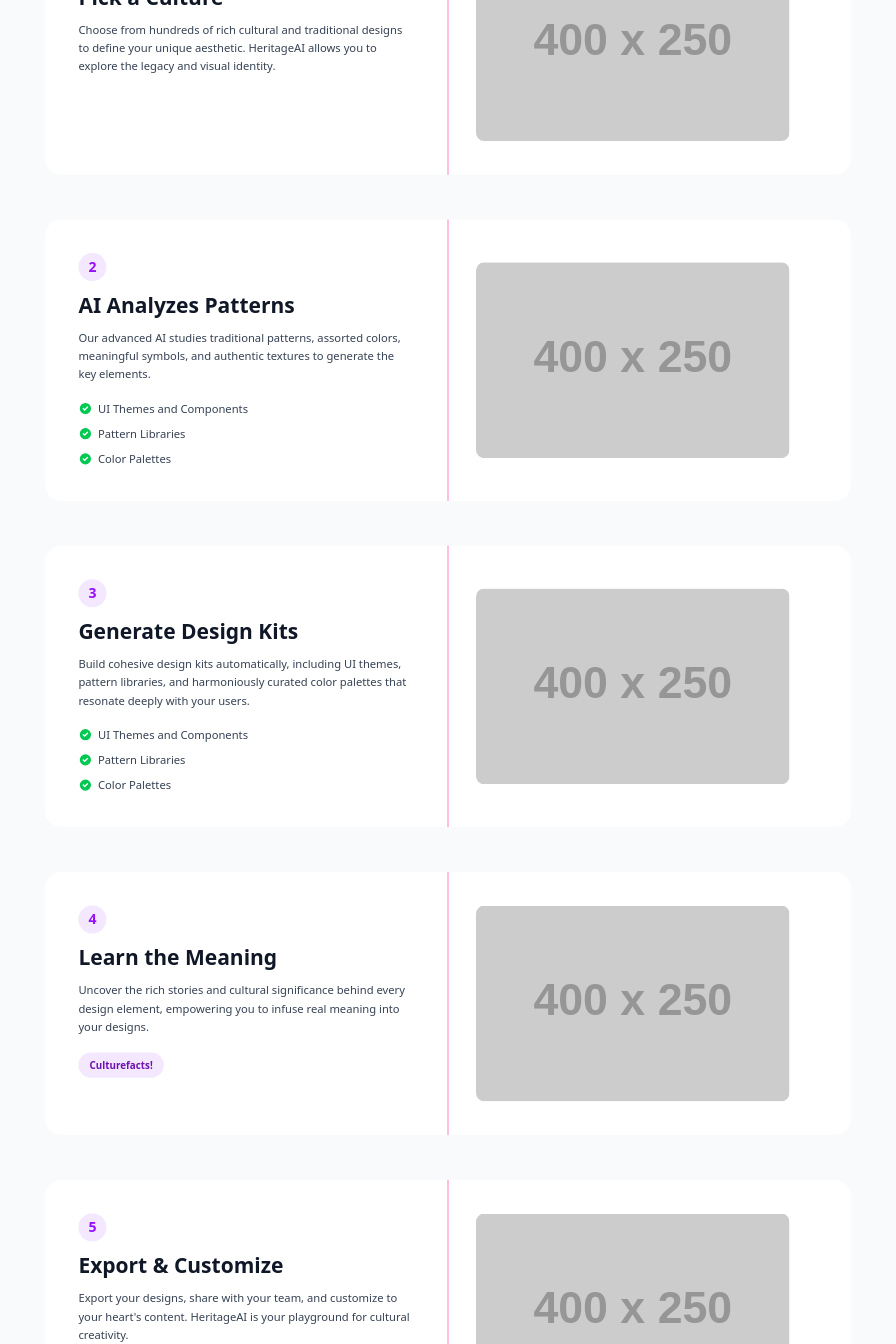
Repository: Em-driod/Heritage
Page: /
These files come from the project's save history. The page is drawn as it stood at one moment and after the next save; the edit follows.
The browser window is 1280 px wide. The pictures show the part of the page from y = 3671 to 5591 px (the page is 6173 px tall before and 5917 px after), at 70% of full size.
The project was rebuilt for these pictures with package versions that can differ from the ones it lists, and the page was loaded fresh each time. Also part of the build but not shown: vite.config.ts.

Above is the page before, as saved 2025-07-08 16:44:05.

### src/App.tsx
// src/App.tsx
import React from 'react';
import { BrowserRouter as Router, Route, Routes } from 'react-router-dom';
import Home from './pages/home';



const App: React.FC = () => {
  return (
    <Router>
      <div>


        <Routes>
          <Route path="/" element={<Home />} />


        </Routes>
      </div>
    </Router>
  );
};

export default App;

### src/pages/home.tsx
import Hero from "../components/Hero"
import Landsecont from "../components/landsecont"
import Landthird from "../components/landthird"
import Landfourth from "../components/landfourth"
import Landfifth from "../components/landfifth"

const Home = () => {
  return (
    <div>
      <Hero />
      <Landsecont />
      <Landthird />
     <Landfourth />
     <Landfifth />
    </div>
  )
}

export default Home

### src/components/landthird.tsx


const Landthird = () => {
  return (
    <div className="flex justify-center items-center py-20 px-4 sm:px-6 lg:px-8 bg-white">
      <div className="flex flex-col lg:flex-row items-center justify-center gap-8 w-full max-w-6xl">

        {/* Card 1: 2 minutes search */}
        <div className="flex-1 bg-white border border-orange-300 rounded-xl shadow-lg p-6 text-center h-48 flex flex-col justify-center transition-transform duration-300 hover:scale-105">
          <p className="text-3xl font-bold text-red-500 mb-2">
            2 minutes search
            <br />
            with <span className="bg-yellow-300 px-1 rounded-md">HeritageAI</span>
          </p>
          <p className="text-sm text-gray-600">
            Vs. Traditional research today
          </p>
        </div>

        {/* Card 2: 85% Success */}
        <div className="flex-1 bg-white border border-orange-300 rounded-xl shadow-lg p-6 text-center h-48 flex flex-col justify-center transition-transform duration-300 hover:scale-105">
          <p className="text-3xl font-bold text-orange-500 mb-2">
            85%
            <br />
            Success
          </p>
          <p className="text-sm text-gray-600">
            vs Generic search
          </p>
        </div>

        {/* Card 3: 10x faster discoveries */}
        <div className="flex-1 bg-white border border-orange-300 rounded-xl shadow-lg p-6 text-center h-48 flex flex-col justify-center transition-transform duration-300 hover:scale-105">
          <p className="text-3xl font-bold text-blue-500 mb-2">
            10x faster
            <br />
            discoveries
          </p>
          <p className="text-sm text-gray-600">
            with <span className="bg-yellow-300 px-1 rounded-md">HeritageAI</span>
          </p>
        </div>

      </div>
    </div>
  );
};

export default Landthird;

### src/components/landfourth.tsx


const Landfourth = () => {
  return (
    <div className="bg-[#fef8f5] min-h-screen flex flex-col items-center justify-center py-20 px-4 sm:px-6 lg:px-8">
      {/* Top Section: What HeritageAI Gives You */}
      <div className="text-center mb-16">
        <div className="inline-flex items-center bg-white rounded-full py-2 px-4 shadow-sm mb-6">
          <img
            src="/path-to-heritageai-icon.png" // Placeholder, replace with your actual icon path
            alt="HeritageAI Icon"
            className="w-6 h-6 mr-2"
          />
          <span className="text-sm font-semibold text-gray-800">What HeritageAI Gives You</span>
        </div>
        <h1 className="text-5xl sm:text-6xl font-bold text-gray-900 leading-tight">
          One click.
          <br />
          Infinite heritage.
        </h1>
      </div>

      {/* Cards Section */}
      <div className="grid grid-cols-1 md:grid-cols-2 lg:grid-cols-4 gap-8 max-w-6xl w-full">

        {/* Card 1: Design kits */}
        <div className="bg-white rounded-2xl shadow-lg p-6 flex flex-col items-start text-left">
          <img
            src="/path-to-design-kits-icon.png" // Placeholder, replace with your actual icon path
            alt="Design kits icon"
            className="w-12 h-12 mb-4"
          />
          <h3 className="text-xl font-semibold text-gray-900 mb-2">Design kits</h3>
          <p className="text-gray-600 text-sm mb-4">
            Ready to use palettes, icons
            <br />
            textures
          </p>
          <div className="flex space-x-2 mt-auto">
            <div className="w-8 h-8 rounded-full bg-pink-500 border-2 border-white shadow"></div>
            <div className="w-8 h-8 rounded-full bg-cyan-500 border-2 border-white shadow"></div>
            <div className="w-8 h-8 rounded-full bg-purple-500 border-2 border-white shadow"></div>
          </div>
        </div>

        {/* Card 2: Cultural Context */}
        <div className="bg-white rounded-2xl shadow-lg p-6 flex flex-col items-start text-left">
          <img
            src="/path-to-cultural-context-icon.png" // Placeholder, replace with your actual icon path
            alt="Cultural Context icon"
            className="w-12 h-12 mb-4"
          />
          <h3 className="text-xl font-semibold text-gray-900 mb-2">Cultural Context</h3>
          <p className="text-gray-600 text-sm mb-4">
            Every visual comes with a short
            <br />
            short or symbol meaning
          </p>
          <div className="flex items-center text-gray-700 font-medium mt-auto">
            <svg className="w-5 h-5 mr-2 text-gray-500" fill="currentColor" viewBox="0 0 20 20" xmlns="http://www.w3.org/2000/svg">
              <path fillRule="evenodd" d="M4 4a2 2 0 012-2h4.586A2 2 0 0112 2.414L14.586 5A2 2 0 0115 6.414V16a2 2 0 01-2 2H6a2 2 0 01-2-2V4zm2 6a1 1 0 011-1h6a1 1 0 110 2H7a1 1 0 01-1-1zm1 3a1 1 0 100 2h6a1 1 0 100-2H7z" clipRule="evenodd"></path>
            </svg>
            Rich storytelling
          </div>
        </div>

        {/* Card 3: Export Ready */}
        <div className="bg-white rounded-2xl shadow-lg p-6 flex flex-col items-start text-left">
          <img
            src="/path-to-export-ready-icon.png" // Placeholder, replace with your actual icon path
            alt="Export Ready icon"
            className="w-12 h-12 mb-4"
          />
          <h3 className="text-xl font-semibold text-gray-900 mb-2">Export Ready</h3>
          <p className="text-gray-600 text-sm mb-4">
            Use in Figma, Canva, Webflow,
            <br />
            or even download
          </p>
          <div className="flex space-x-2 mt-auto">
            <img src="/path-to-figma-icon.png" alt="Figma icon" className="w-8 h-8" /> {/* Placeholder */}
            <img src="/path-to-canva-icon.png" alt="Canva icon" className="w-8 h-8" /> {/* Placeholder */}
            <img src="/path-to-webflow-icon.png" alt="Webflow icon" className="w-8 h-8" /> {/* Placeholder */}
          </div>
        </div>

        {/* Card 4: More Than Visuals */}
        <div className="bg-white rounded-2xl shadow-lg p-6 flex flex-col items-start text-left">
          <img
            src="/path-to-more-than-visuals-icon.png" // Placeholder, replace with your actual icon path
            alt="More Than Visuals icon"
            className="w-12 h-12 mb-4"
          />
          <h3 className="text-xl font-semibold text-gray-900 mb-2">More Than Visuals</h3>
          <p className="text-gray-600 text-sm mb-4">
            Build brand identity rooted in
            <br />
            something real.
          </p>
          <div className="flex items-center text-gray-700 font-medium mt-auto">
            <svg className="w-5 h-5 mr-2 text-gray-500" fill="currentColor" viewBox="0 0 20 20" xmlns="http://www.w3.org/2000/svg">
              <path fillRule="evenodd" d="M10 18a8 8 0 100-16 8 8 0 000 16zm3.707-9.293a1 1 0 00-1.414-1.414L9 10.586 7.707 9.293a1 1 0 00-1.414 1.414l2 2a1 1 0 001.414 0l4-4z" clipRule="evenodd"></path>
            </svg>
            Authentic foundations
          </div>
        </div>

      </div>
    </div>
  );
};

export default Landfourth;

### src/components/landfifth.tsx
import React from 'react';

const Landfifth = () => {
  return (
    <div className="bg-gray-50 py-16 px-4 sm:px-6 lg:px-8">
      {/* Header Section */}
      <div className="text-center mb-16 max-w-2xl mx-auto">
        <div className="flex items-center justify-center mb-4">
          <svg className="w-10 h-10 text-purple-600" fill="none" stroke="currentColor" viewBox="0 0 24 24" xmlns="http://www.w3.org/2000/svg">
            <path strokeLinecap="round" strokeLinejoin="round" strokeWidth="1.5" d="M19 11H5m14 0a2 2 0 012 2v6a2 2 0 01-2 2H5a2 2 0 01-2-2v-6a2 2 0 012-2m14 0V9a2 2 0 00-2-2M5 11V9a2 2 0 012-2m0 0V5a2 2 0 012-2h6a2 2 0 012 2v2M7 7h10" />
          </svg>
        </div>
        <h1 className="text-4xl sm:text-5xl font-bold text-gray-900 leading-tight">
          From Culture to Creation.
        </h1>
        <p className="mt-2 text-lg text-gray-600">
          In Seconds
        </p>
      </div>

      {/* Main Content Sections */}
      <div className="max-w-6xl mx-auto space-y-16">

        {/* Section 1: Pick a Culture */}
        <div className="flex flex-col lg:flex-row bg-white rounded-3xl p-6 sm:p-10 lg:p-12 relative"> {/* Added relative for line positioning */}
          <div className="lg:w-1/2 mb-8 lg:mb-0 text-center lg:text-left lg:pr-12">
            <span className="inline-flex items-center justify-center w-10 h-10 rounded-full bg-purple-100 text-purple-600 text-xl font-bold mb-4">
              1
            </span>
            <h2 className="text-3xl font-semibold text-gray-900 mb-4">
              Pick a Culture
            </h2>
            <p className="text-gray-700 leading-relaxed">
              Choose from hundreds of rich cultural and traditional designs to define your unique aesthetic. HeritageAI allows you to explore the legacy and visual identity.
            </p>
          </div>
          {/* Vertical Separator Line for large screens */}
          <div className="hidden lg:block absolute left-1/2 top-0 bottom-0 w-0.5 bg-pink-300 transform -translate-x-1/2"></div>
          {/* Horizontal Separator Line for small screens */}
          <div className="lg:hidden w-full h-0.5 bg-pink-300 my-8"></div>
          <div className="lg:w-1/2 flex items-center justify-center"> {/* Centering image in its half */}
            <img
              src="https://via.placeholder.com/400x250/F8F8F8/000000?text=Masks+Image" // Placeholder for Masks image
              alt="Cultural Masks"
              className="w-full h-auto rounded-xl max-w-md"
            />
          </div>
        </div>

        {/* Section 2: AI Analyzes Patterns */}
        <div className="flex flex-col lg:flex-row bg-white rounded-3xl p-6 sm:p-10 lg:p-12 relative">
          <div className="lg:w-1/2 mb-8 lg:mb-0 text-center lg:text-left lg:pr-12 order-2 lg:order-1"> {/* Order changed for reverse layout on large screens */}
            <span className="inline-flex items-center justify-center w-10 h-10 rounded-full bg-purple-100 text-purple-600 text-xl font-bold mb-4">
              2
            </span>
            <h2 className="text-3xl font-semibold text-gray-900 mb-4">
              AI Analyzes Patterns
            </h2>
            <p className="text-gray-700 leading-relaxed mb-6">
              Our advanced AI studies traditional patterns, assorted colors, meaningful symbols, and authentic textures to generate the key elements.
            </p>
            <ul className="space-y-3 text-gray-700">
              <li className="flex items-center">
                <svg className="w-5 h-5 text-green-500 mr-2" fill="currentColor" viewBox="0 0 20 20"><path fillRule="evenodd" d="M10 18a8 8 0 100-16 8 8 0 000 16zm3.707-9.293a1 1 0 00-1.414-1.414L9 10.586 7.707 9.293a1 1 0 00-1.414 1.414l2 2a1 1 0 001.414 0l4-4z" clipRule="evenodd"></path></svg>
                UI Themes and Components
              </li>
              <li className="flex items-center">
                <svg className="w-5 h-5 text-green-500 mr-2" fill="currentColor" viewBox="0 0 20 20"><path fillRule="evenodd" d="M10 18a8 8 0 100-16 8 8 0 000 16zm3.707-9.293a1 1 0 00-1.414-1.414L9 10.586 7.707 9.293a1 1 0 00-1.414 1.414l2 2a1 1 0 001.414 0l4-4z" clipRule="evenodd"></path></svg>
                Pattern Libraries
              </li>
              <li className="flex items-center">
                <svg className="w-5 h-5 text-green-500 mr-2" fill="currentColor" viewBox="0 0 20 20"><path fillRule="evenodd" d="M10 18a8 8 0 100-16 8 8 0 000 16zm3.707-9.293a1 1 0 00-1.414-1.414L9 10.586 7.707 9.293a1 1 0 00-1.414 1.414l2 2a1 1 0 001.414 0l4-4z" clipRule="evenodd"></path></svg>
                Color Palettes
              </li>
            </ul>
          </div>
          {/* Vertical Separator Line for large screens */}
          <div className="hidden lg:block absolute left-1/2 top-0 bottom-0 w-0.5 bg-pink-300 transform -translate-x-1/2"></div>
          {/* Horizontal Separator Line for small screens */}
          <div className="lg:hidden w-full h-0.5 bg-pink-300 my-8"></div>
          <div className="lg:w-1/2 flex items-center justify-center order-1 lg:order-2"> {/* Order changed for reverse layout on large screens */}
            <img
              src="https://via.placeholder.com/400x250/F8F8F8/000000?text=Analyzed+Patterns+UI" // Placeholder for Analyzed Patterns UI
              alt="Analyzed Patterns UI"
              className="w-full h-auto rounded-xl max-w-md"
            />
          </div>
        </div>

        {/* Section 3: Generate Design Kits */}
        <div className="flex flex-col lg:flex-row bg-white rounded-3xl p-6 sm:p-10 lg:p-12 relative">
          <div className="lg:w-1/2 mb-8 lg:mb-0 text-center lg:text-left lg:pr-12">
            <span className="inline-flex items-center justify-center w-10 h-10 rounded-full bg-purple-100 text-purple-600 text-xl font-bold mb-4">
              3
            </span>
            <h2 className="text-3xl font-semibold text-gray-900 mb-4">
              Generate Design Kits
            </h2>
            <p className="text-gray-700 leading-relaxed mb-6">
              Build cohesive design kits automatically, including UI themes, pattern libraries, and harmoniously curated color palettes that resonate deeply with your users.
            </p>
            <ul className="space-y-3 text-gray-700">
              <li className="flex items-center">
                <svg className="w-5 h-5 text-green-500 mr-2" fill="currentColor" viewBox="0 0 20 20"><path fillRule="evenodd" d="M10 18a8 8 0 100-16 8 8 0 000 16zm3.707-9.293a1 1 0 00-1.414-1.414L9 10.586 7.707 9.293a1 1 0 00-1.414 1.414l2 2a1 1 0 001.414 0l4-4z" clipRule="evenodd"></path></svg>
                UI Themes and Components
              </li>
              <li className="flex items-center">
                <svg className="w-5 h-5 text-green-500 mr-2" fill="currentColor" viewBox="0 0 20 20"><path fillRule="evenodd" d="M10 18a8 8 0 100-16 8 8 0 000 16zm3.707-9.293a1 1 0 00-1.414-1.414L9 10.586 7.707 9.293a1 1 0 00-1.414 1.414l2 2a1 1 0 001.414 0l4-4z" clipRule="evenodd"></path></svg>
                Pattern Libraries
              </li>
              <li className="flex items-center">
                <svg className="w-5 h-5 text-green-500 mr-2" fill="currentColor" viewBox="0 0 20 20"><path fillRule="evenodd" d="M10 18a8 8 0 100-16 8 8 0 000 16zm3.707-9.293a1 1 0 00-1.414-1.414L9 10.586 7.707 9.293a1 1 0 00-1.414 1.414l2 2a1 1 0 001.414 0l4-4z" clipRule="evenodd"></path></svg>
                Color Palettes
              </li>
            </ul>
          </div>
          {/* Vertical Separator Line for large screens */}
          <div className="hidden lg:block absolute left-1/2 top-0 bottom-0 w-0.5 bg-pink-300 transform -translate-x-1/2"></div>
          {/* Horizontal Separator Line for small screens */}
          <div className="lg:hidden w-full h-0.5 bg-pink-300 my-8"></div>
          <div className="lg:w-1/2 flex items-center justify-center">
            <img
              src="https://via.placeholder.com/400x250/F8F8F8/000000?text=Design+Kit+UI" // Placeholder for Design Kit UI
              alt="Design Kit UI"
              className="w-full h-auto rounded-xl max-w-md"
            />
          </div>
        </div>

        {/* Section 4: Learn the Meaning */}
        <div className="flex flex-col lg:flex-row bg-white rounded-3xl p-6 sm:p-10 lg:p-12 relative">
          <div className="lg:w-1/2 mb-8 lg:mb-0 text-center lg:text-left lg:pr-12 order-2 lg:order-1"> {/* Order changed for reverse layout on large screens */}
            <span className="inline-flex items-center justify-center w-10 h-10 rounded-full bg-purple-100 text-purple-600 text-xl font-bold mb-4">
              4
            </span>
            <h2 className="text-3xl font-semibold text-gray-900 mb-4">
              Learn the Meaning
            </h2>
            <p className="text-gray-700 leading-relaxed mb-6">
              Uncover the rich stories and cultural significance behind every design element, empowering you to infuse real meaning into your designs.
            </p>
            <div className="inline-block bg-purple-100 text-purple-800 px-4 py-2 rounded-full font-semibold text-sm">
              Culturefacts!
            </div>
          </div>
          {/* Vertical Separator Line for large screens */}
          <div className="hidden lg:block absolute left-1/2 top-0 bottom-0 w-0.5 bg-pink-300 transform -translate-x-1/2"></div>
          {/* Horizontal Separator Line for small screens */}
          <div className="lg:hidden w-full h-0.5 bg-pink-300 my-8"></div>
          <div className="lg:w-1/2 flex items-center justify-center order-1 lg:order-2"> {/* Order changed for reverse layout on large screens */}
            <img
              src="https://via.placeholder.com/400x250/F8F8F8/000000?text=Open+Book+Image" // Placeholder for Open Book image
              alt="Open Book with Cultural Info"
              className="w-full h-auto rounded-xl max-w-md"
            />
          </div>
        </div>

        {/* Section 5: Export & Customize */}
        <div className="flex flex-col lg:flex-row bg-white rounded-3xl p-6 sm:p-10 lg:p-12 relative">
          <div className="lg:w-1/2 mb-8 lg:mb-0 text-center lg:text-left lg:pr-12">
            <span className="inline-flex items-center justify-center w-10 h-10 rounded-full bg-purple-100 text-purple-600 text-xl font-bold mb-4">
              5
            </span>
            <h2 className="text-3xl font-semibold text-gray-900 mb-4">
              Export & Customize
            </h2>
            <p className="text-gray-700 leading-relaxed">
              Export your designs, share with your team, and customize to your heart's content. HeritageAI is your playground for cultural creativity.
            </p>
          </div>
          {/* Vertical Separator Line for large screens */}
          <div className="hidden lg:block absolute left-1/2 top-0 bottom-0 w-0.5 bg-pink-300 transform -translate-x-1/2"></div>
          {/* Horizontal Separator Line for small screens */}
          <div className="lg:hidden w-full h-0.5 bg-pink-300 my-8"></div>
          <div className="lg:w-1/2 flex items-center justify-center">
            <img
              src="https://via.placeholder.com/400x250/F8F8F8/000000?text=Computer+Workstation" // Placeholder for Computer Workstation image
              alt="Computer Workstation"
              className="w-full h-auto rounded-xl max-w-md"
            />
          </div>
        </div>

      </div>

      {/* Call to Action Button at the Bottom - MATCHES image_19dac5.png */}
      <div className="text-center mt-20 px-4">
        <div className="relative flex flex-col items-center justify-center bg-gradient-to-r from-orange-500 to-red-500 text-white rounded-2xl overflow-hidden group transition duration-300 transform hover:scale-105 shadow-lg mx-auto py-10 sm:py-12 lg:py-16 px-6 sm:px-8 lg:px-10 max-w-4xl">
          <span className="text-white text-3xl sm:text-4xl font-extrabold mb-6 sm:mb-8">Ready to Create with Culture?</span>
          <button className="px-8 py-3 bg-white text-orange-600 font-semibold rounded-full shadow-md hover:shadow-lg transition duration-200 text-base sm:text-lg">
            Explore a Demo Culture Kit
          </button>
          <p className="mt-6 text-white text-sm opacity-90">
            Start your cultural design journey today
          </p>
        </div>
      </div>
    </div>
  );
};

export default Landfifth;

Loaded but not shown: index.html (common file); src/main.tsx (common file); src/index.css (common file); src/components/Hero.tsx (226 lines, source omitted); src/components/landsecont.tsx (214 lines, source omitted)

After the next save:
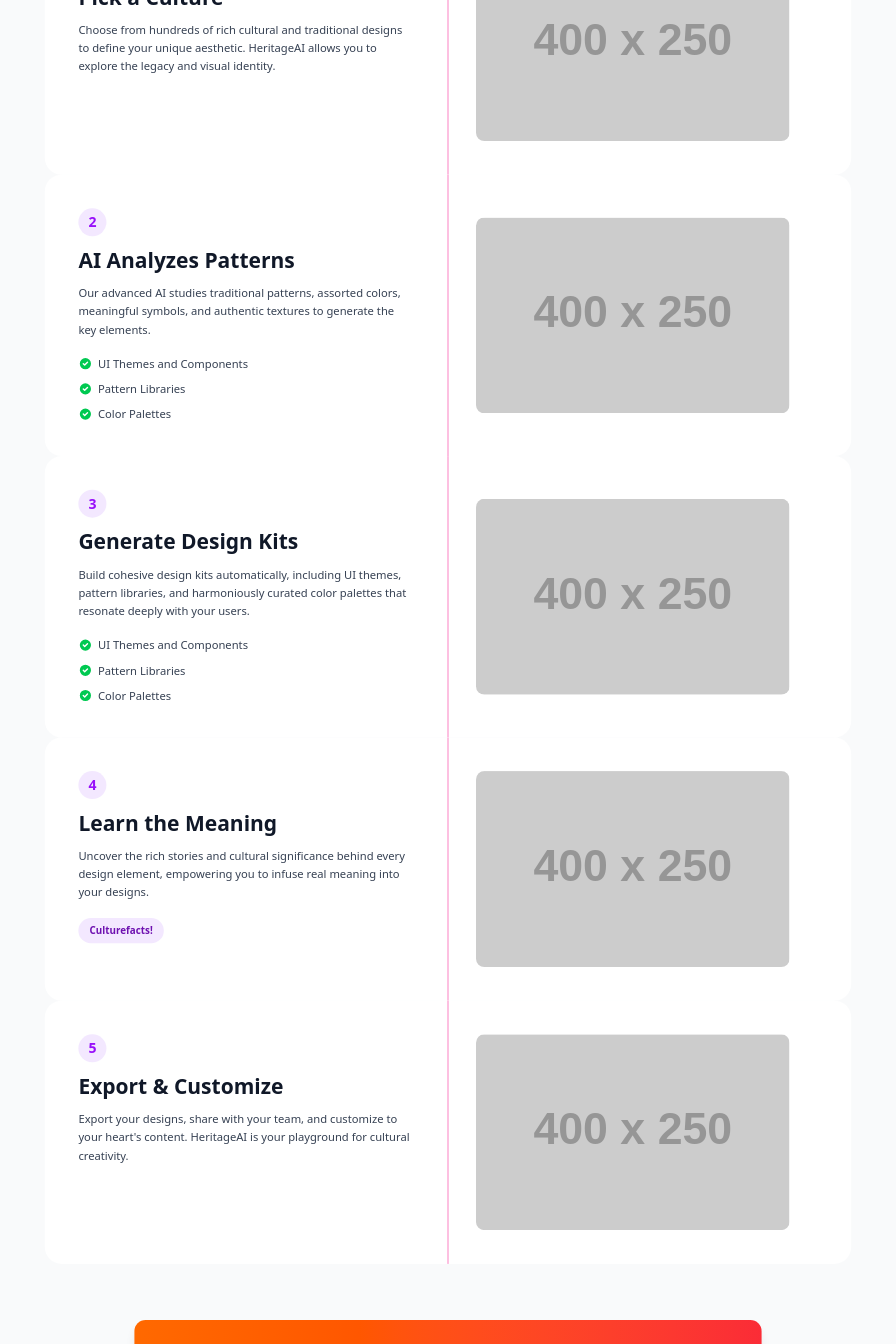
Saved 57 s later.
--- a/src/components/landfifth.tsx
+++ b/src/components/landfifth.tsx
@@ -19,7 +19,7 @@
       </div>
 
       {/* Main Content Sections */}
-      <div className="max-w-6xl mx-auto space-y-16">
+      <div className="max-w-6xl mx-auto ">
 
         {/* Section 1: Pick a Culture */}
         <div className="flex flex-col lg:flex-row bg-white rounded-3xl p-6 sm:p-10 lg:p-12 relative"> {/* Added relative for line positioning */}
